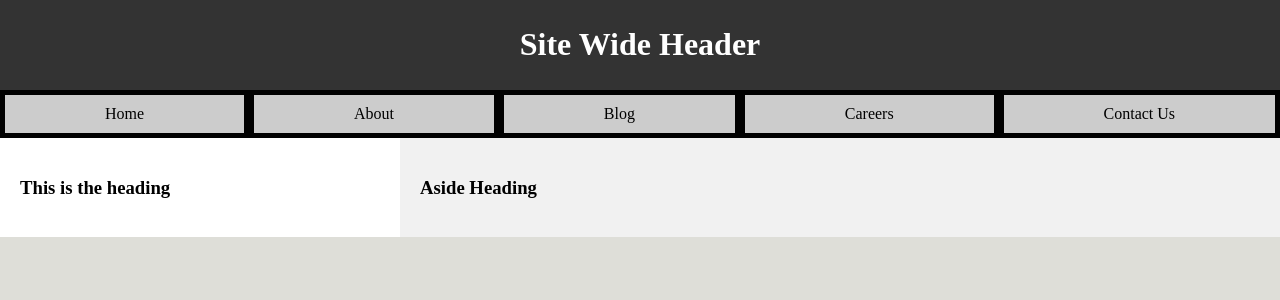
Repository: ayeza-baseer/AssignmentFlexbox
Page: assignment.html
The author's editor kept a copy of each file at every save. The page is drawn from the files as they stood at one save, then again after the next save.
The browser window is 1280 px wide. The pictures show the whole page.

Above is the page before, as saved 2023-03-17 14:18:40.

### assignment.html
<!DOCTYPE html>
<html lang="en">
<head>

    <link rel="stylesheet" href="assignment.css">


</head>
<body>
<div>
    <header class="header"><h1>
        Site Wide Header
    </h1></header>
    <div class="navbar">
        <a href="#">Home</a>
        <a href="#">About</a>
        <a href="#">Blog</a>
        <a href="#">Careers</a>
        <a href="#">Contact Us</a>
      </div>
    <div class="row">
      <div class="main">
        <h3>This is the heading</h3>
      </div>
      <div class="aside">
        <h3>Aside Heading</h3>
      </div>
    </div>
</div>

</body>
</html>

### assignment.css
.header{
    padding: 5px;
    background-color: #333;
	 color: #ccc;

    text-align: center;

    color: white;
}

body{
    margin:0;
    background-color: #deded8;
}

.navbar {
    display: flex;
    background-color: black
  }

  .navbar a {
    color: black;

    background-color: #ccc;
    padding: 10px 12px;
    text-decoration: none;
    text-align: center;
    flex-grow:1;
    border: 5px solid black;
  }

  .navbar a:hover {
    color:red;
    border: 5px solid red;
  }

  .row {
    display: flex;
    flex-direction: row;
  }


  .aside {
    flex: 1 1 70%;
    background-color: #f1f1f1;
    padding: 20px;
  }

  /* Main column */
  .main {
    flex: 1 1 30%;
    background-color: white;
    padding: 20px;
  }

After the next save:
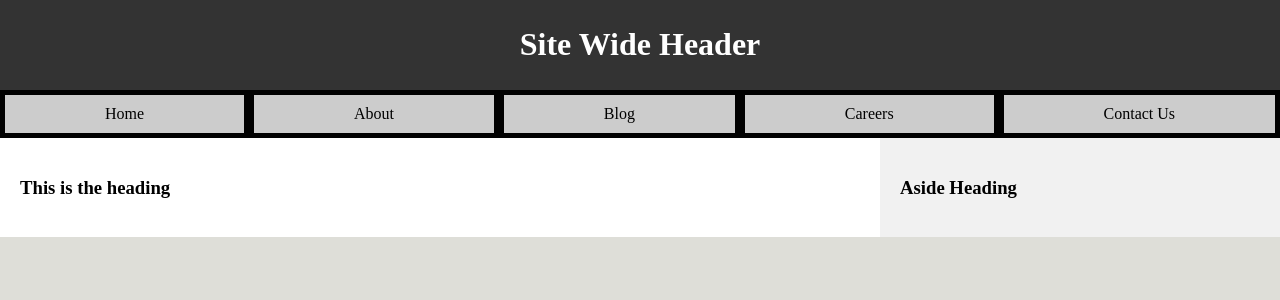
Saved 21 s later.
--- a/assignment.css
+++ b/assignment.css
@@ -41,14 +41,14 @@ body{
 
 
   .aside {
-    flex: 1 1 70%;
+    flex: 1 1 30%;
     background-color: #f1f1f1;
     padding: 20px;
   }
 
   /* Main column */
   .main {
-    flex: 1 1 30%;
+    flex: 1 1 70%;
     background-color: white;
     padding: 20px;
   }
